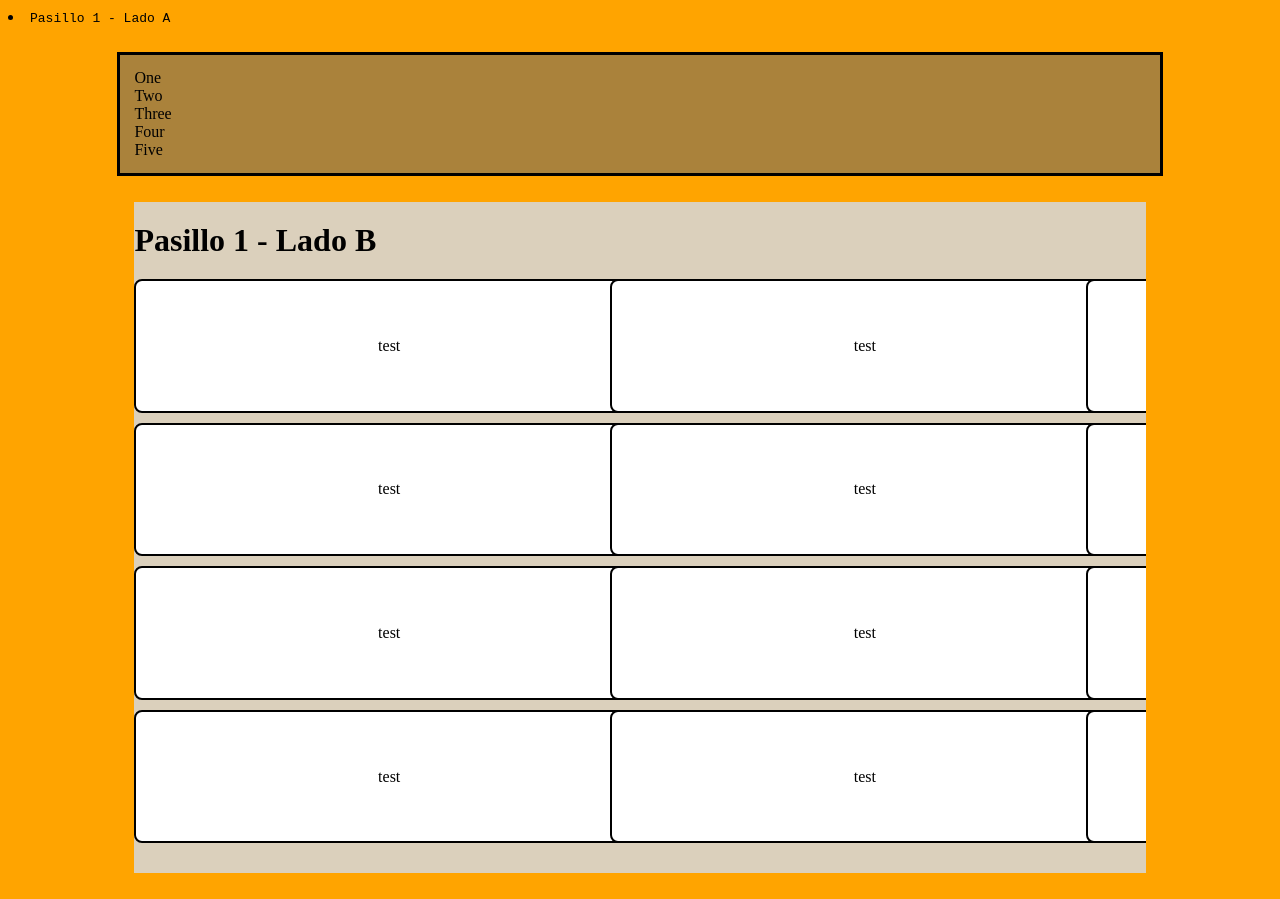
Repository: Franzcod/DepoStock_Web
Page: index.html
The author's editor kept a copy of each file at every save. The page is drawn from the files as they stood at one save, then again after the next save.
The browser window is 1280 px wide. The pictures show the whole page.

Above is the page before, as saved 2020-06-07 02:49:15.
Console error: ReferenceError: ur is not defined

### index.html
<!DOCTYPE html>
<html lang="en">
<head>
    <meta charset="UTF-8">
    <meta name="viewport" content="width=device-width, initial-scale=1.0">
    <title>Deposito Probusol</title>

    <link rel="stylesheet" href="estilo/estilo.css">
</head>
<body>

    <li><code>Pasillo 1 - Lado A</code>
        <div id="div2">
            <div class="wrapper">
                <div class="box1">One</div>
                <div class="box2">Two</div>
                <div class="box3">Three</div>
                <div class="box4">Four</div>
                <div class="box5">Five</div>
            </div>
        </div>
    </li>

    <div class="app">
        <h1>Pasillo 1 - Lado B</h1>

        <ul class="hs">
            <li class="item">test</li>
            <li class="item">test</li>
            <li class="item">test</li>
            <li class="item">test</li>
            <li class="item">test</li>
            <li class="item">test</li>
            <li class="item">test</li>
            <li class="item">test</li>
            <li class="item">test</li>
            <li class="item">test</li>
            <li class="item">test</li>
            <li class="item">test</li>

        </ul>

        <!-- <div class="container">
            <div class="item">
            <h3>Block for context</h3>
            </div>
        </div> -->
    </div>






    <script>ur</script>

</body>







</html>

### estilo/estilo.css
html{
    background-color: rgba(255, 164, 0, 1);
}

#div2 {
    border: 3px solid black;
    width:  80%;
    height: 40%;
    margin: 2vw auto;
    padding: 2vh 2vh;
    background-color: rgba(105, 105, 105, 0.565);
}

#div2 { overflow-x: scroll;}

:root {
--gutter: 20px;
}

.app {
padding: var(--gutter) 0;
display: grid;
grid-gap: var(--gutter) 0;
/* grid-template-columns: var(--gutter) 1fr var(--gutter); */
align-content: start;
}

/* .app > * {
grid-column: 2 / 2;
} */
/*
.app > .full {
grid-column: 1 / -1;
} */

.hs {
    display: grid;
    grid-gap: calc(var(--gutter) / 2);
    grid-template-columns: repeat(3, calc(50% - var(--gutter) * 2));
    grid-template-rows: minmax(7vw, 1fr);

    overflow-x: scroll;
    /* scroll-snap-type: x proximity; */
    padding-bottom: calc(.75 * var(--gutter));
    margin-bottom: calc(-.25 * var(--gutter));

}

/* Demo styles */

ul {
    list-style: none;
    padding: 0;
    margin: 0;
}

h1,
h2,
h3 {
    margin: 0;
}

.app {
    width: 80%;
    height: 30%;
    background: #DBD0BC;
    overflow-y: scroll;
    margin: 2vw auto;

}

.hs > li,
.item {
    scroll-snap-align: center;
    padding: calc(var(--gutter) / 1 );
    display: flex;
    flex-direction: column;
    justify-content: center;
    align-items: center;
    background: #fff;
    border: 2px solid black;
    border-radius: 8px;
    height: 7vw;
    width: 100%;

}

After the next save:
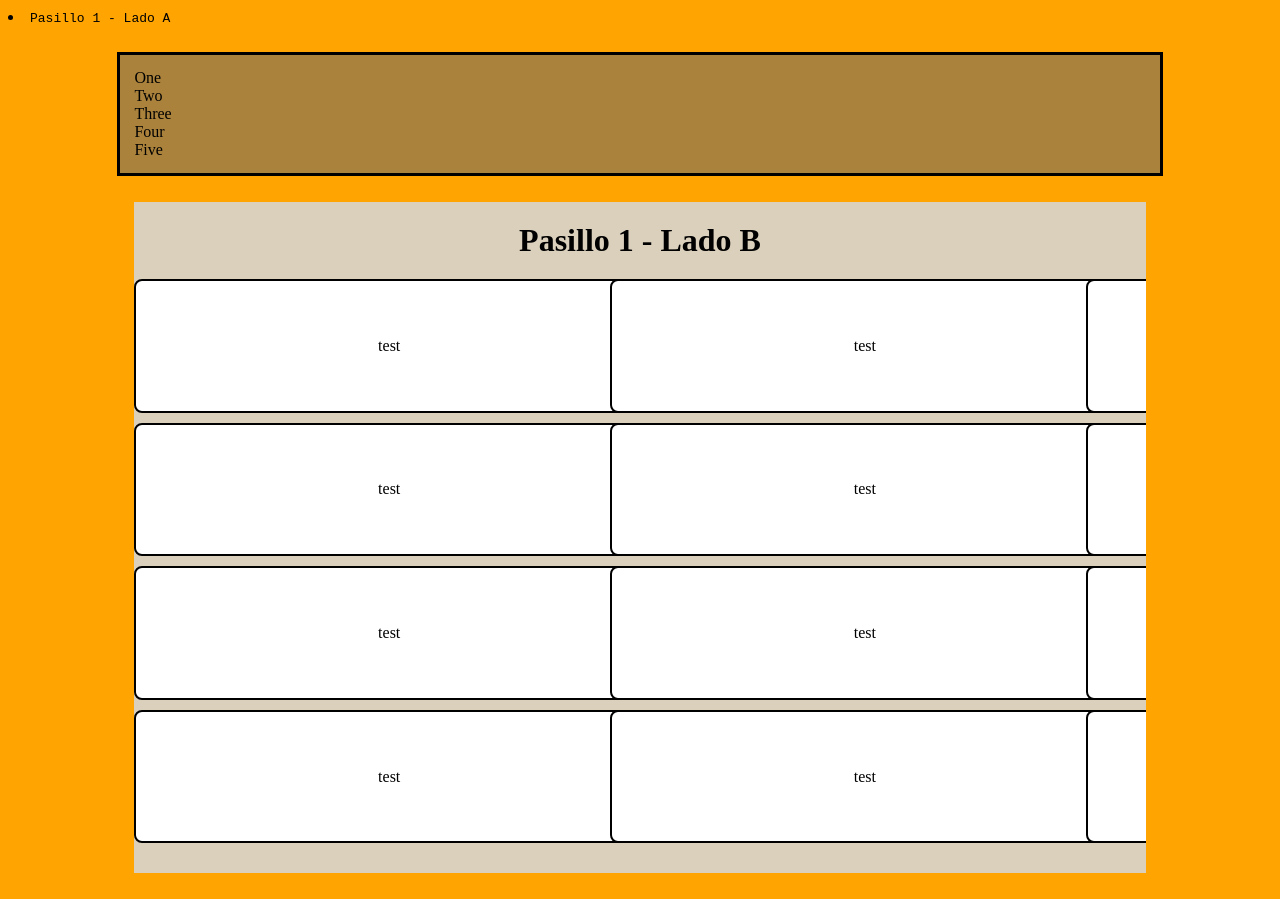
Saved 42 s later.
--- a/estilo/estilo.css
+++ b/estilo/estilo.css
@@ -57,7 +57,7 @@ ul {
 h1,
 h2,
 h3 {
-    margin: 0;
+    margin: auto;
 }
 
 .app {
